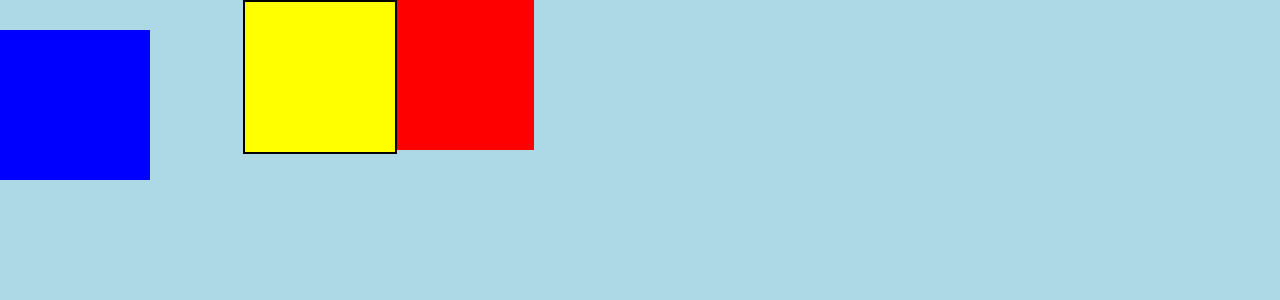
Repository: Sushant203/myPersonalSite
Page: index.html
An editor plug-in stored every save of this project. The page is shown before and after a run of saves, followed by the edit.
The browser window is 1280 px wide. The pictures show the whole page.

Above is the page before, as saved 2022-12-04 19:10:38.

After the next 2 saves:
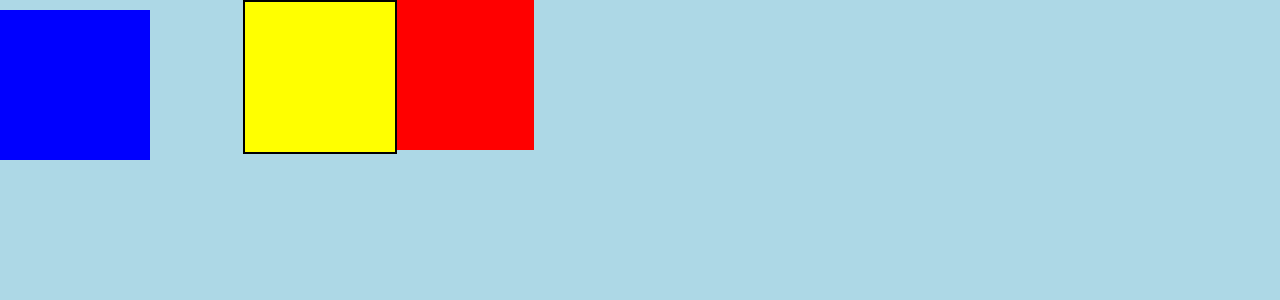
The 2 saves are shown as one change because they came seconds apart.
The last was saved 9 s later.
--- a/css/style.css
+++ b/css/style.css
@@ -18,7 +18,7 @@ body{
     height: 150px;
     width: 150px;
     position: relative;
-    bottom: 120px;
+    bottom: 140px;
 
     /* margin-left: 210px; */
 }
